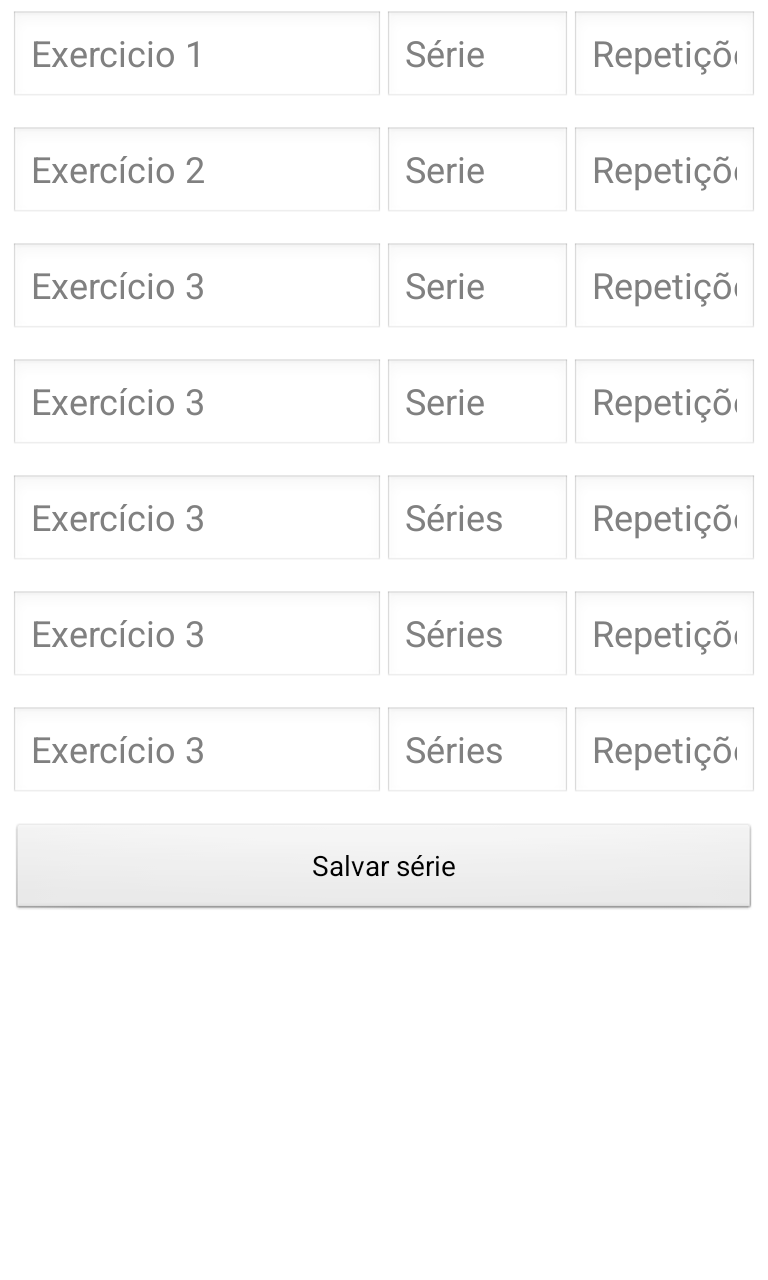
Repository: BrunoDeNadaiSarnaglia/Exame
Layout: Exame/res/layout/activity_nova_serie.xml
The author's editor kept a copy of each file at every save. The layout is drawn from the files as they stood at one save, then again after the next save.
It is drawn on a 768 x 1280 px phone screen (xhdpi) without system bars, with theme AppTheme; the app's code is not run.

Above is the layout before, as saved 2013-07-09 20:17:41.

After the next save:
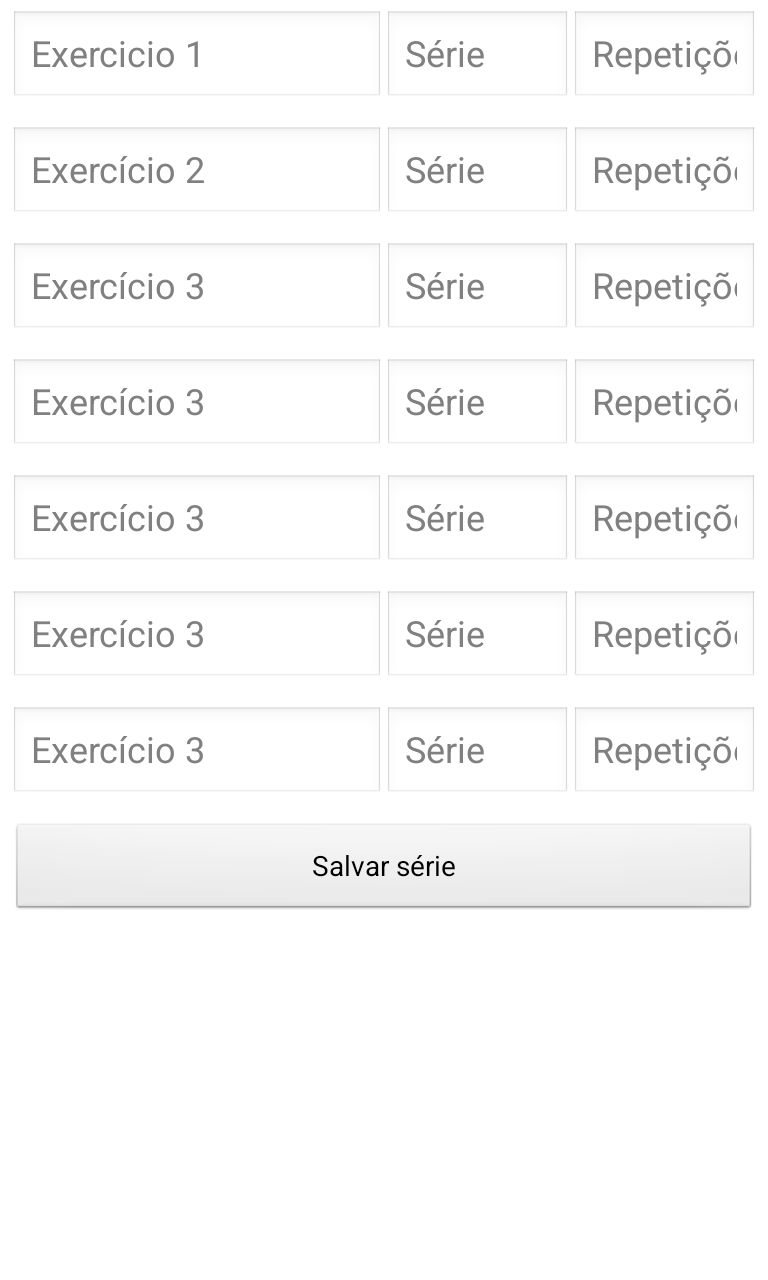
Saved 58 s later.
--- a/Exame/res/layout/activity_nova_serie.xml
+++ b/Exame/res/layout/activity_nova_serie.xml
@@ -47,7 +47,7 @@
         android:layout_weight="1"
         android:layout_width="0dp"
         android:layout_height="wrap_content"
-        android:hint="Serie"
+        android:hint="Série"
         android:inputType="number" />
 
         <EditText android:id="@+id/repeticoes2"
@@ -74,7 +74,7 @@
         android:layout_weight="1"
         android:layout_width="0dp"
         android:layout_height="wrap_content"
-        android:hint="Serie"
+        android:hint="Série"
         android:inputType="number" />
 
         <EditText android:id="@+id/repeticoes3"
@@ -101,7 +101,7 @@
         android:layout_weight="1"
         android:layout_width="0dp"
         android:layout_height="wrap_content"
-        android:hint="Serie"
+        android:hint="Série"
         android:inputType="number" />
 
         <EditText android:id="@+id/repeticoes4"
@@ -128,7 +128,7 @@
         android:layout_weight="1"
         android:layout_width="0dp"
         android:layout_height="wrap_content"
-        android:hint="@string/series3"
+        android:hint="Série"
         android:inputType="number" />
 
         <EditText android:id="@+id/repeticoes5"
@@ -155,7 +155,7 @@
         android:layout_weight="1"
         android:layout_width="0dp"
         android:layout_height="wrap_content"
-        android:hint="@string/series3"
+        android:hint="Série"
         android:inputType="number" />
 
         <EditText android:id="@+id/repeticoes6"
@@ -182,7 +182,7 @@
         android:layout_weight="1"
         android:layout_width="0dp"
         android:layout_height="wrap_content"
-        android:hint="@string/series3"
+        android:hint="Série"
         android:inputType="number" />
 
         <EditText android:id="@+id/repeticoes7"
